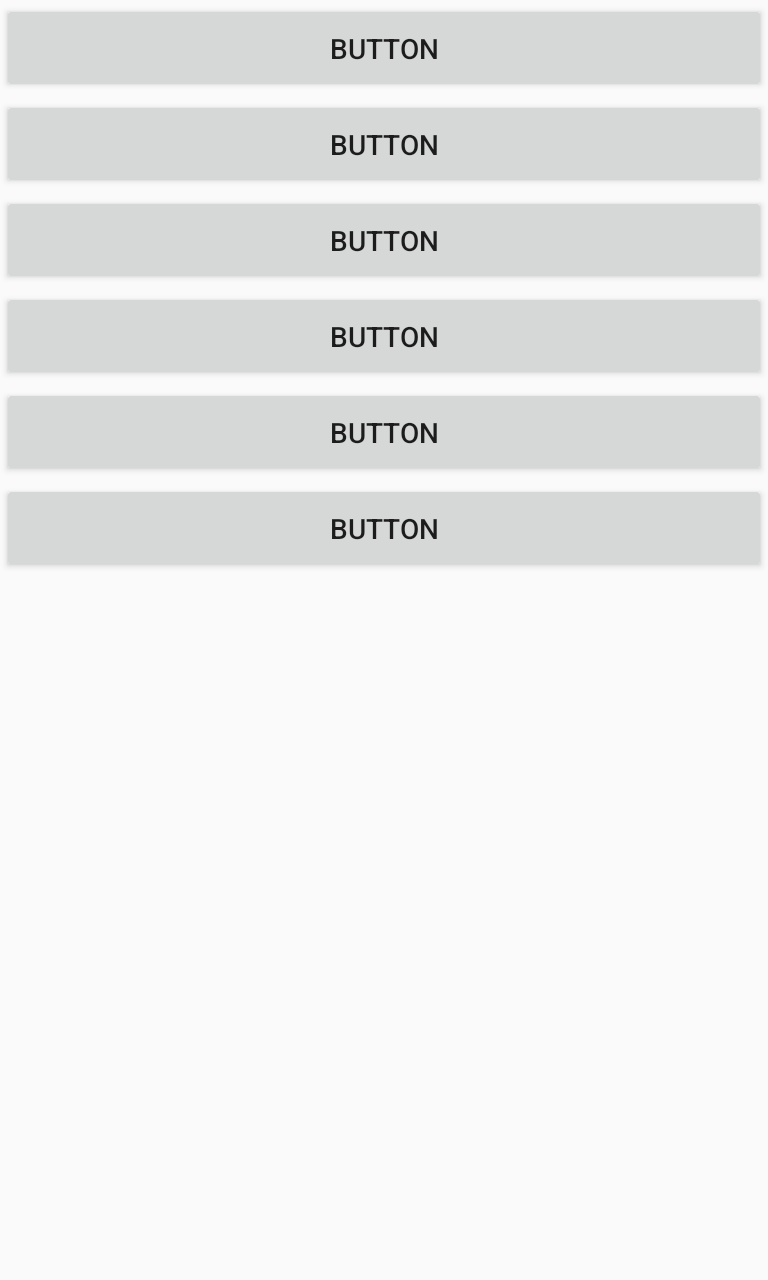
Repository: ICtest333/test_pjtQuiz
Layout: pjtQuiz/res/layout/home.xml
The author's editor kept a copy of each file at every save. The layout is drawn from the files as they stood at one save, then again after the next save.
It is drawn on a 768 x 1280 px phone screen (xhdpi) without system bars, with theme AppTheme; the app's code is not run.

Above is the layout before, as saved 2014-05-22 10:27:17.

After the next save:
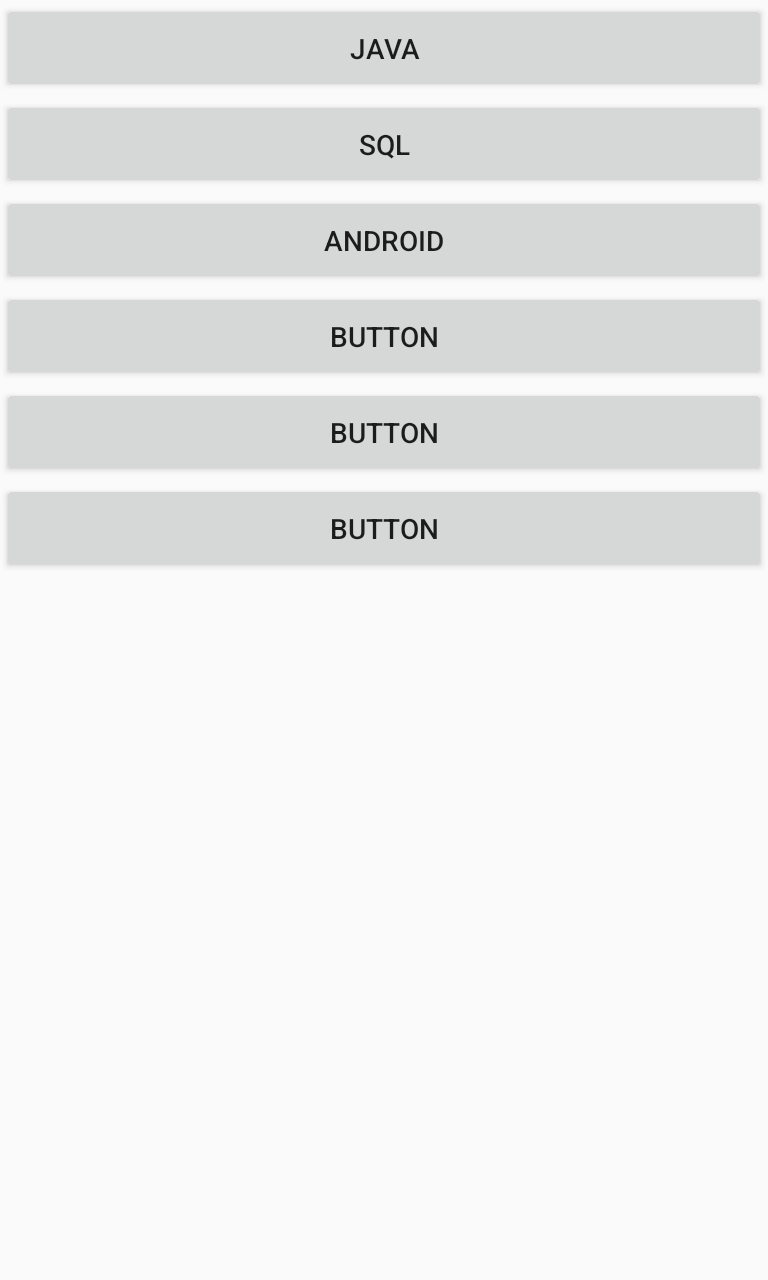
Saved 19 s later.
--- a/pjtQuiz/res/layout/home.xml
+++ b/pjtQuiz/res/layout/home.xml
@@ -19,7 +19,7 @@
         android:layout_height="wrap_content"
         android:layout_alignParentLeft="true"
         android:layout_alignParentTop="true"
-        android:text="Button" />
+        android:text="Java" />
 
     <Button
         android:id="@+id/button2"
@@ -27,7 +27,7 @@
         android:layout_height="wrap_content"
         android:layout_alignParentLeft="true"
         android:layout_below="@+id/button1"
-        android:text="Button" />
+        android:text="SQL" />
 
     <Button
         android:id="@+id/button3"
@@ -35,7 +35,7 @@
         android:layout_height="wrap_content"
         android:layout_alignParentLeft="true"
         android:layout_below="@+id/button2"
-        android:text="Button" />
+        android:text="Android" />
 
     <Button
         android:id="@+id/button4"
